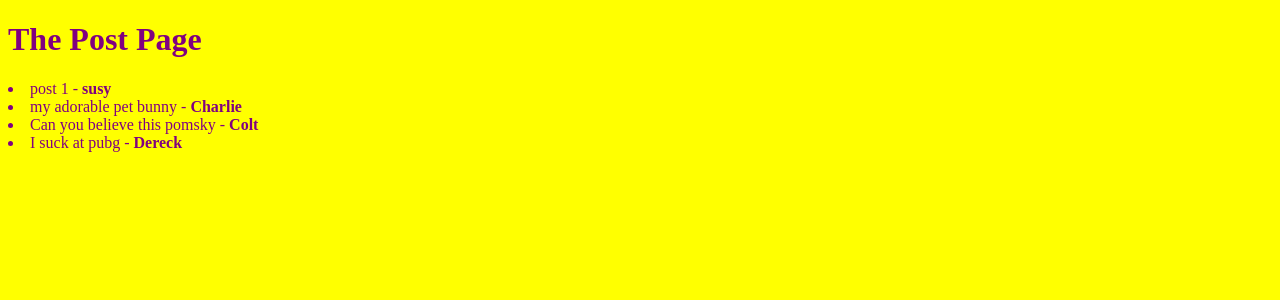
Repository: DereckLuo/Full-Stack-Practice
Page: http://localhost/posts
The author's editor kept a record of every edit. The page is drawn from the files as they stood at one moment, then again after a run of edits.
The browser window is 1280 px wide. The pictures show the whole page.
The page is served by the project's Node server (moreExpress/EJSDemo/app.js).

Above is the page before.

After the next 3 edits:
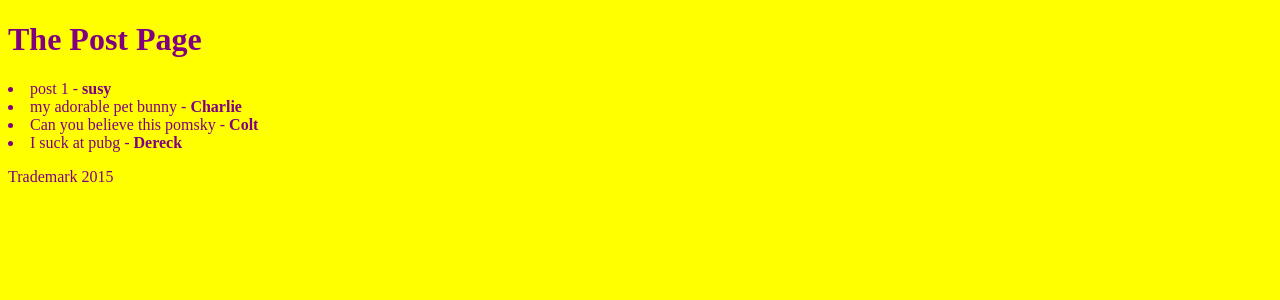
The 3 edits are shown as one change because 2 did not build or start.
The edit:
--- a/aws c9/moreExpress/EJSDemo/views/post.ejs
+++ b/aws c9/moreExpress/EJSDemo/views/post.ejs
@@ -1,4 +1,4 @@
-<% include partials/header.ejs %>
+<% include partials/header %>
 <h1>The Post Page </h1>
 
 <% for(var i = 0; i < posts.length; i++){ %>
@@ -6,3 +6,5 @@
         <%= posts[i].title %> - <strong><%= posts[i].author %></strong>
     </li>
 <% } %>
+
+<% include partials/footer %>
